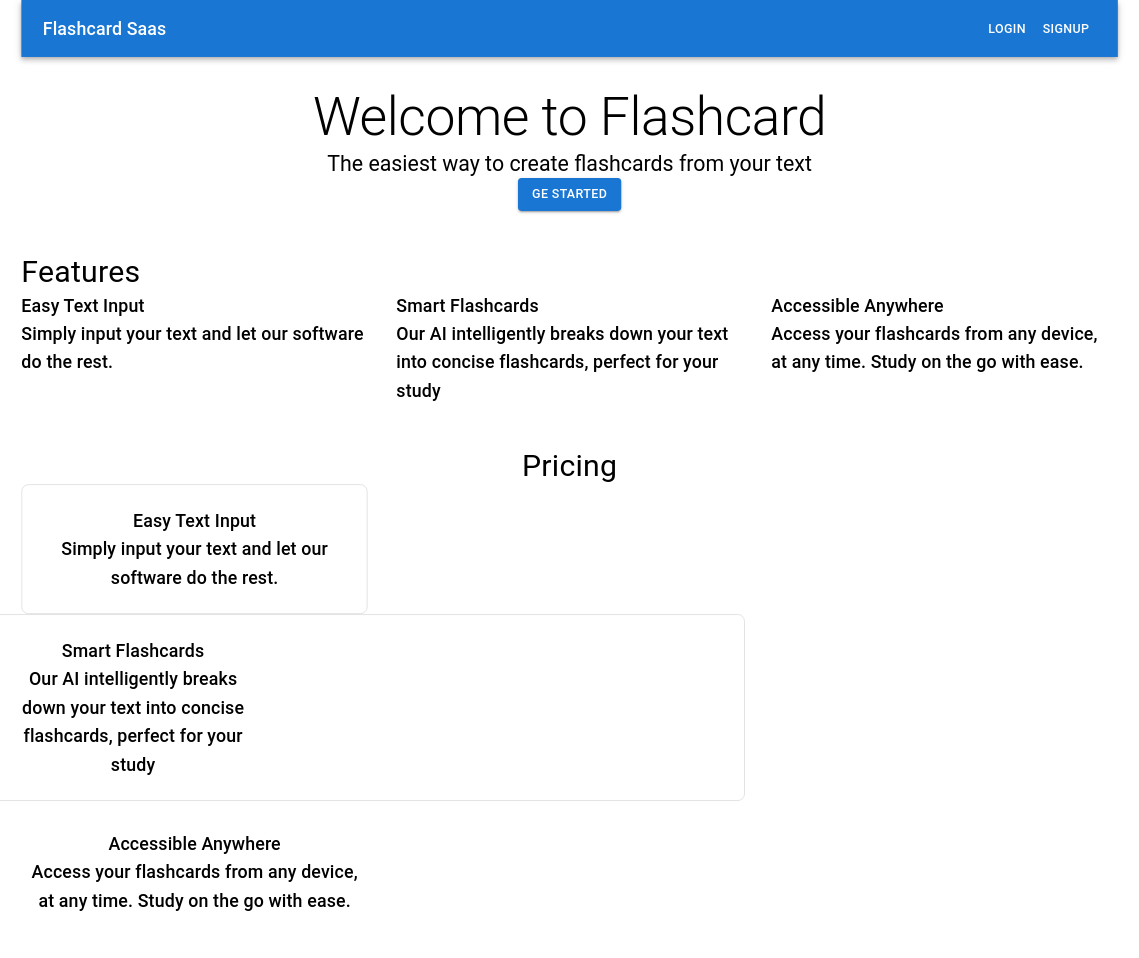
Repository: rakeshpuppala2590/AI-Flashcards-Stripe
Page: /
These files come from the project's save history. The page is drawn as it stood at one moment and after the next save; the edit follows.
The browser window is 1280 px wide. The pictures show the whole page, at 89% of full size.
The page's requests for data from a server got no answer. The project was rebuilt for these pictures with package versions that can differ from the ones it lists, and the page was loaded fresh each time. Some packages were replaced by stand-ins written for this rebuild. The framework's server and built-in components were replaced by stand-ins that run in the browser. No one was signed in, and anything a server would have sent is missing. Also part of the build but not shown: next.config.mjs.

Above is the page before, as saved 2024-08-12 15:06:13.

After the next save:
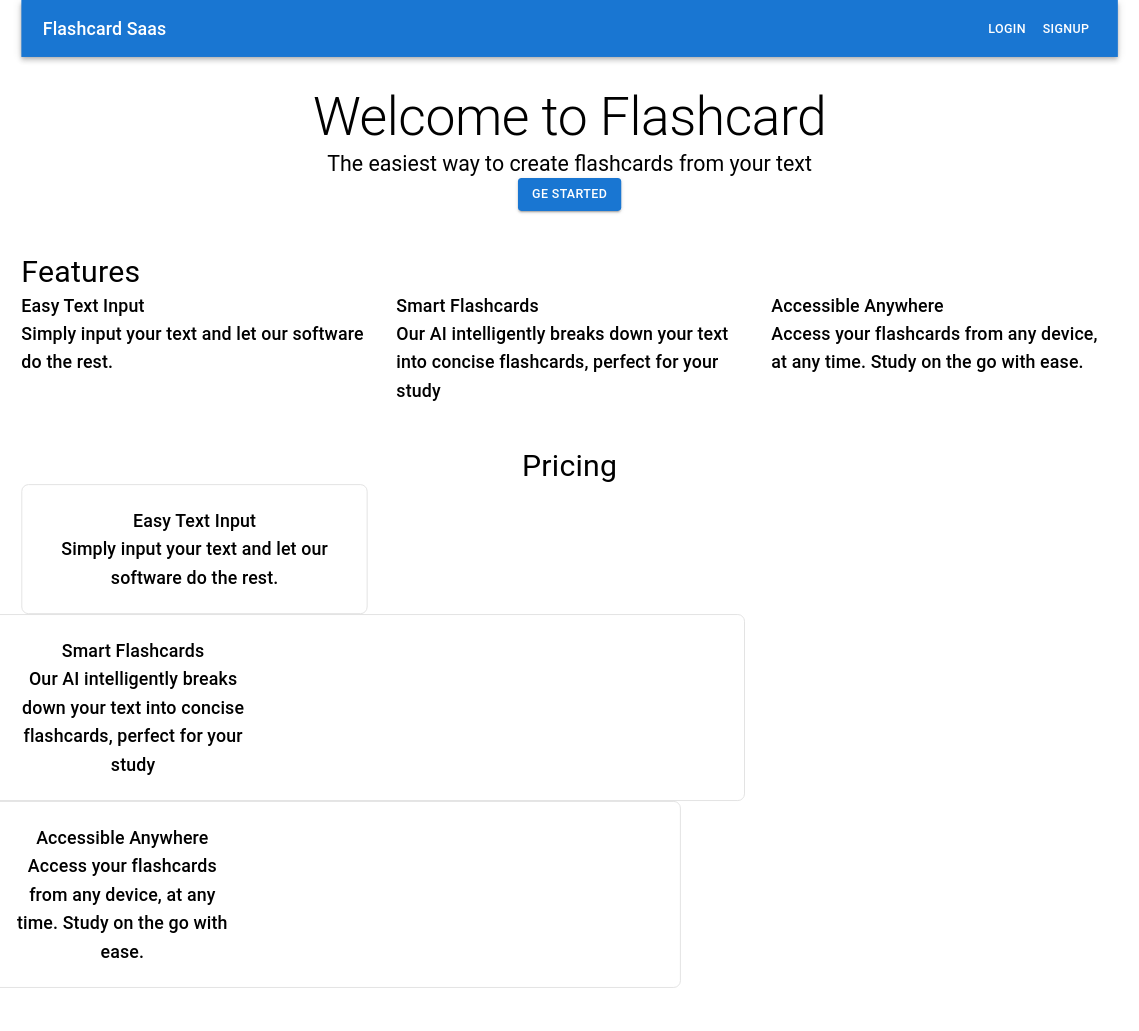
Saved 19 s later.
--- a/src/app/page.js
+++ b/src/app/page.js
@@ -121,15 +121,24 @@ export default function Home() {
               </Typography>
             </Grid>
           </Box>
-          <Grid item xs={12} md={4}>
-            {" "}
-            <Typography variant="h6">Accessible Anywhere</Typography>
-            <Typography variant="h6"> </Typography>
-            <Typography variant="h6">
-              Access your flashcards from any device, at any time. Study on the
-              go with ease.
-            </Typography>
-          </Grid>
+          <Box
+            sx={{
+              p: 3,
+              border: "1px solid",
+              borderColor: "grey.300",
+              borderRadius: 2,
+            }}
+          >
+            <Grid item xs={12} md={4}>
+              {" "}
+              <Typography variant="h6">Accessible Anywhere</Typography>
+              <Typography variant="h6"> </Typography>
+              <Typography variant="h6">
+                Access your flashcards from any device, at any time. Study on
+                the go with ease.
+              </Typography>
+            </Grid>
+          </Box>
         </Grid>
       </Box>
     </Container>
